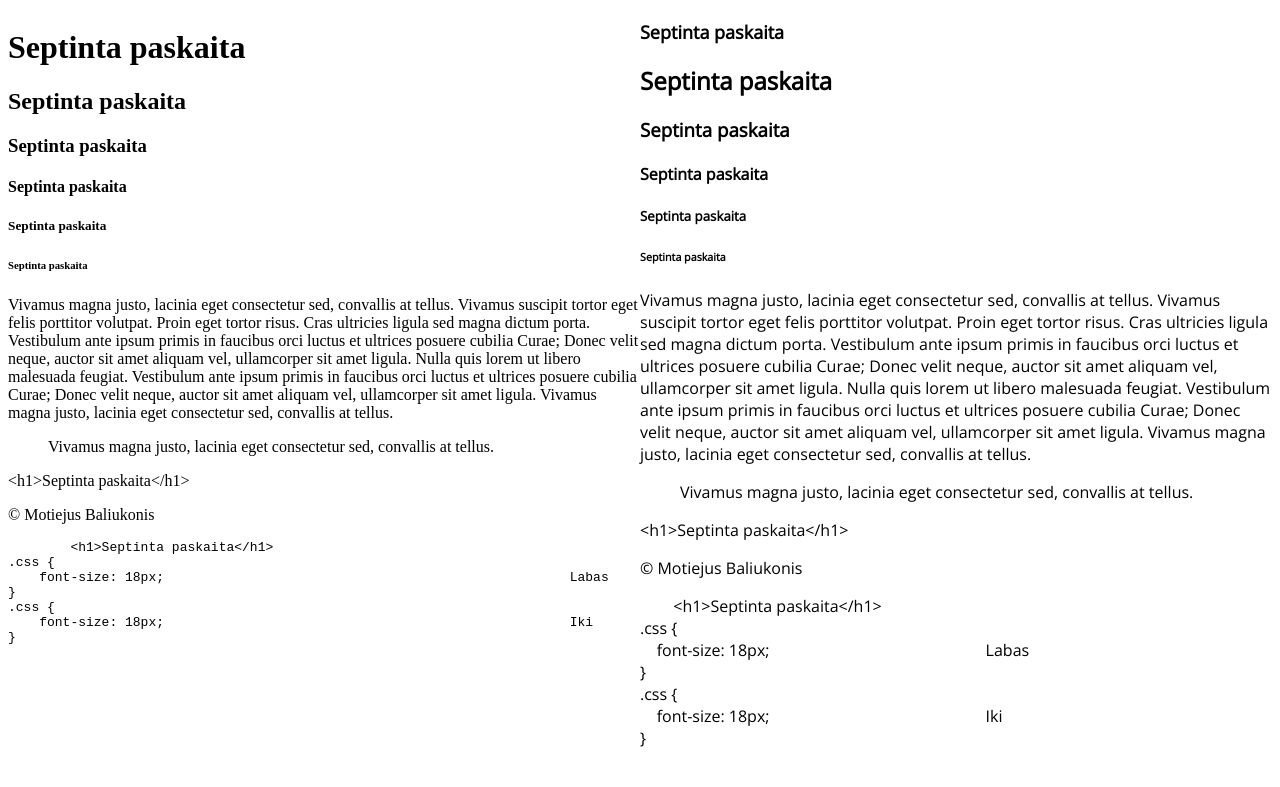
Repository: motiejus1/07-paskaita-05.31
Page: index.html
An editor plug-in stored every save of this project. The page is shown before and after the next save, followed by the edit.
The browser window is 1280 px wide. The pictures show the whole page.

Above is the page before, as saved 2021-06-10 19:48:38.

After the next save:
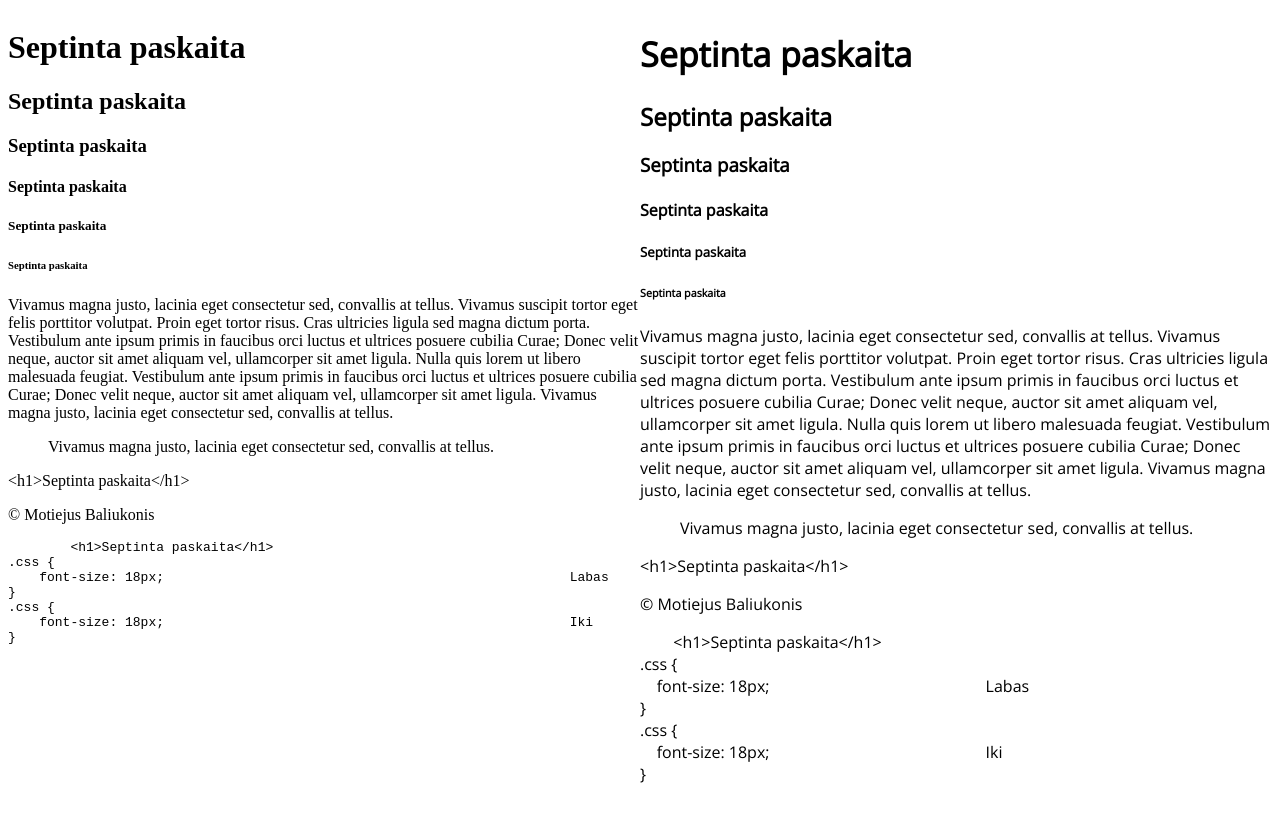
Saved 2 min 10 s later.
--- a/index.html
+++ b/index.html
@@ -30,7 +30,7 @@
 
         .right h1 {
             /* font-family: 'Open Sans', sans-serif; */
-            font-size: 18px;
+            font-size: 34px;
         }
 
         .right h2 {
